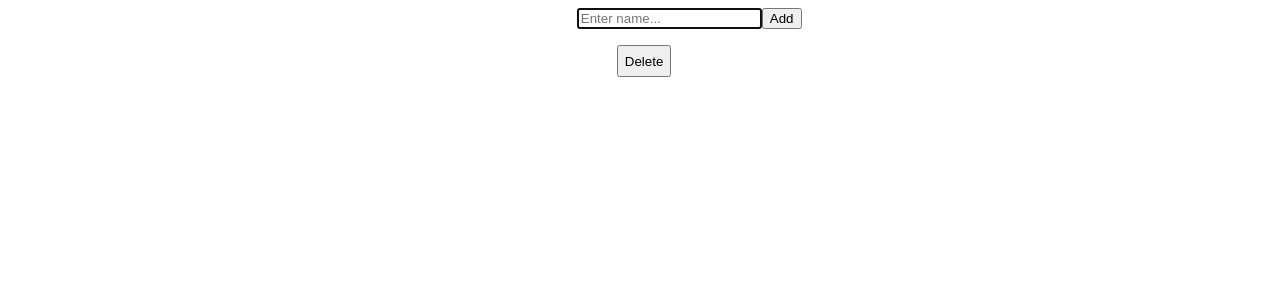
Repository: dohuuxuyen/redux-todolist
Page: /, after clicking the first element matching `button`
These files come from the project's save history. The page is drawn as it stood at one moment and after the next save; the edit follows.
The browser window is 1280 px wide. The pictures show the whole page.
The project was rebuilt for these pictures with package versions that can differ from the ones it lists, and the page was loaded fresh each time. Also part of the build but not shown: src/App.css.

Above is the page before, as saved 2022-04-30 13:55:29.

### src/index.js
import React from "react";
import ReactDOM from "react-dom/client";
import { Provider } from "react-redux";
import App from "./App";
import store from "./redux/store";

const root = ReactDOM.createRoot(document.getElementById("root"));
root.render(
  <Provider store={store}>
    <App />
  </Provider>
);

### src/App.js
import "./App.css";
import Todos from "./components/Todos/Todos";

function App() {
  return (
    <div className="App">
      <Todos />
    </div>
  );
}

export default App;

### src/components/Todos/Todos.jsx
import React, { useRef } from "react";
import { useDispatch, useSelector } from "react-redux";
import { addTodos, deleteTodos, setTodoInput } from "../../redux/actions";
import { todoInputSelector, todosSelector } from "../../redux/selector";

const Todos = () => {
  const refTodoInput = useRef();
  const todoInput = useSelector(todoInputSelector);
  const todos = useSelector(todosSelector);
  const dispatch = useDispatch();
  console.log(todos);

  const handleTodoInputChange = (e) => {
    dispatch(setTodoInput(e.target.value));
  };

  const handleAdd = () => {
    dispatch(addTodos(todoInput));
    dispatch(setTodoInput(""));
    refTodoInput.current.focus();
  };
  console.log(todoInput);

  const handleDelete = (index) => {
    dispatch(deleteTodos(index));
  };
  return (
    <div style={{ width: "500px", marginLeft: "45%" }}>
      <input
        ref={refTodoInput}
        value={todoInput}
        type="text"
        placeholder="Enter name..."
        onChange={handleTodoInputChange}
      />
      <button onClick={handleAdd}>Add</button>
      <ul>
        {todos.map((todo, index) => (
          <li style={{ display: "flex" }} key={index}>
            <p>{todo}</p>
            <button style={{}} onClick={() => handleDelete(index)}>
              Delete
            </button>
          </li>
        ))}
      </ul>
    </div>
  );
};

export default Todos;

### src/redux/reducer.js
import { combineReducers } from "redux";
import todosReducer from "../components/Todos/todosReducer";

const rootReducer = combineReducers({
  todos: todosReducer,
});

export default rootReducer;

### src/redux/actions.js
export const searchFilter = (payload) => {
  return {
    type: "Filter/SEARCH_FILTER",
    payload: payload,
  };
};

export const setTodoInput = (payload) => {
  return {
    type: "Todos/SET_TODO_INPUT",
    payload: payload,
  };
};

export const addTodos = (payload) => {
  return {
    type: "Todos/ADD_TODOS",
    payload: payload,
  };
};

export const deleteTodos = (payload) => {
  return {
    type: "Todos/DELETE_TODOS",
    payload: payload,
  };
};

export const clearTodos = (payload) => {
  return {
    type: "Todos/CLEAR_TODOS",
    payload: payload,
  };
};

export const updateTodos = (payload) => {
  return {
    type: "Todos/UPDATE_TODOS",
    payload: payload,
  };
};

### src/redux/selector.js
export const todoInputSelector = (state) => state.todos.todoInput;
export const todosSelector = (state) => state.todos.todos;

### src/components/Todos/todosReducer.js
const initialState = {
  todoInput: "",
  todos: [],
};

const todosReducer = (state = initialState, action) => {
  switch (action.type) {
    case "Todos/SET_TODO_INPUT":
      return {
        ...state,
        todoInput: action.payload,
      };
    case "Todos/ADD_TODOS":
      return {
        ...state,
        todos: [...state.todos, action.payload],
      };
    case "Todos/DELETE_TODOS":
      return {
        ...state,
        todos: [
          ...state.todos.filter((todo, index) => index !== action.payload),
        ],
      };
    default:
      return state;
  }
};

export default todosReducer;

Loaded but not shown: public/index.html (common file); src/redux/store.js (common file)

After the next save:
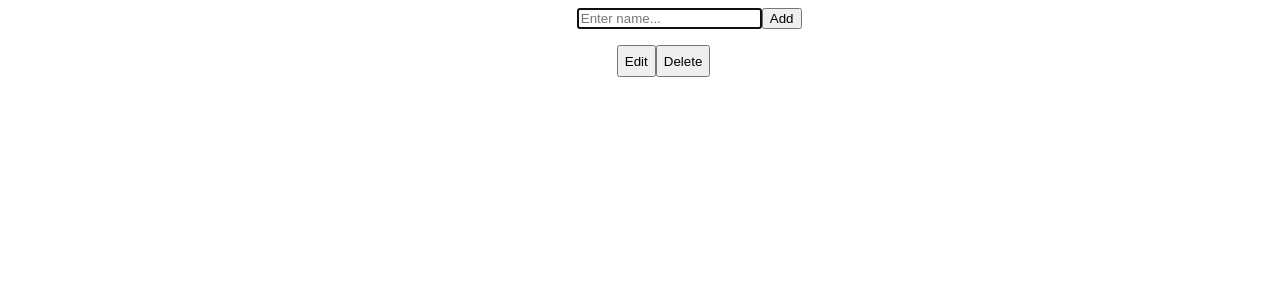
Saved 28 s later.
--- a/src/components/Todos/Todos.jsx
+++ b/src/components/Todos/Todos.jsx
@@ -39,6 +39,9 @@ const Todos = () => {
           <li style={{ display: "flex" }} key={index}>
             <p>{todo}</p>
             <button style={{}} onClick={() => handleDelete(index)}>
+              Edit
+            </button>
+            <button style={{}} onClick={() => handleDelete(index)}>
               Delete
             </button>
           </li>
